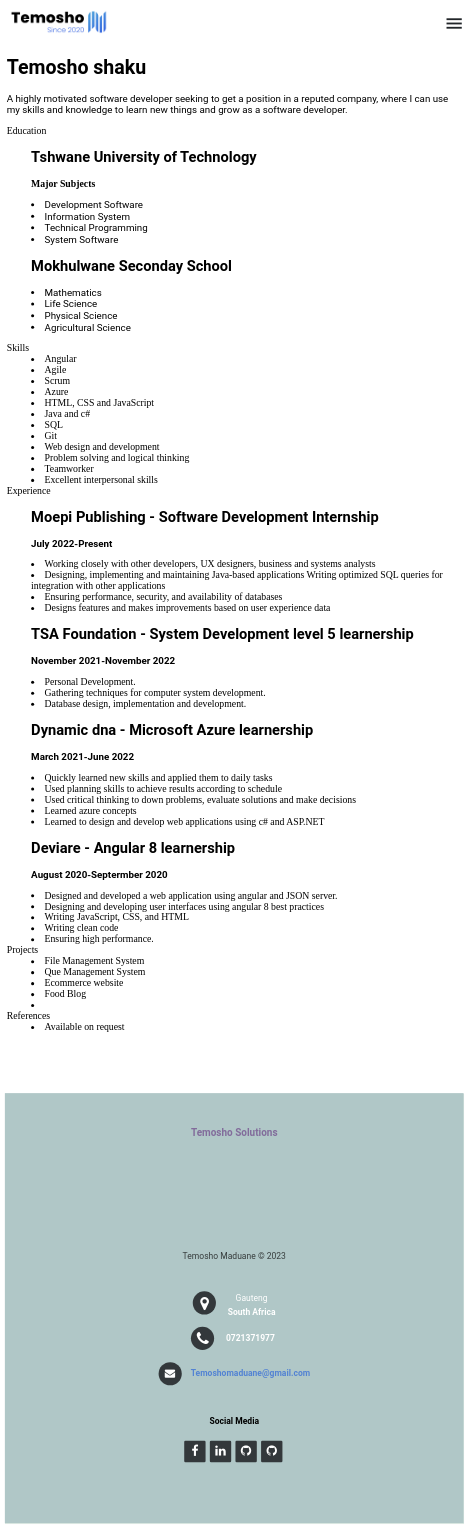
Repository: TemoshoS/T-Shaku
Page: about.html
An editor plug-in stored every save of this project. The page is shown before and after a run of saves, followed by the edit.
The browser window is 768 px wide. The pictures show the whole page, at 61% of full size.
Pictures or frames that could not be fetched are drawn as grey boxes. Some web libraries are served in a nearby version.

Above is the page before, as saved 2023-09-28 14:45:25.

### about.html
<!DOCTYPE html>
<html>
<head>
    <title>
        about me
    </title>
    <link rel="stylesheet" href="http://maxcdn.bootstrapcdn.com/font-awesome/4.2.0/css/font-awesome.min.css">
    <link href="http://fonts.googleapis.com/css?family=Cookie" rel="stylesheet" type="text/css">
	  <link rel="stylesheet" href="./css/style.css">



</head>
<body>
  <header>
    <div>
      <table style="width: 100%;">
        <tr>
          <td>
            <a href="index.html">
              <img src="./images/logo.png" style="height: 50px;" alt="No logo" />
            </a>
          </td>
          <td align="right">
            <nav>
              <!-- Mobile Menu Icon -->
              <div class="menu-icon" onclick="toggleMenu()">
                <div class="bar"></div>
                <div class="bar"></div>
                <div class="bar"></div>
              </div>
              <!-- Navigation Links (Initially Hidden) -->
              <ul class="nav-links">
                <a href="index.html" class="nav-link"><b>Home</b></a>
                <a href="about.html" class="nav-link"><b>About me</b></a>
                <a href="contact.html" class="nav-link"><b>Contact us</b></a>
              </ul>
            </nav>
          </td>
        </tr>
      </table>
    </div>
  </header>



 <main>

  <table style="width: 100%;">
    <tr>
      <td>


        <h1 id="name"><b ></b></h1>

        <p id="bio"></p>


          <div class="clear"></div>

          <dl>
              <dt id="education"></dt>
              <dd>
                  <h2 id="school"></h2>
                  <b id="major"></b>
                  <p id="modules"></p>
              </dd>


              <dd>
                  <h2 id="secondary"></h2>
                  <p id="subjects"></p>
              </dd>



              <dt id="skill"></dt>
              <dd id="skills">
              </dd>



              <dt id="experience"></dt>
              <dd id="experiences"></dd>



              <dt id="project"></dt>
              <dd id="unfinishedprojects">

              </dd>

              <dt id="reference"></dt>
              <dd id="reference1"></dd>


          </dl>



      </div>
      </td>
    </tr>
  </table>
  </main>
  <footer class="footer-distributed">
    <div class="footer-left">

        <h3><span>Temosho Solutions</span></h3>
        <p class="footer-links">
          <iframe src="https://www.google.com/maps/embed?pb=!1m18!1m12!1m3!1d57373.12731923028!2d28.183328280934226!3d-26.00669819115315!2m3!1f0!2f0!3f0!3m2!1i1024!2i768!4f13.1!3m3!1m2!1s0x1e956bed9ab01b69%3A0xc853e498933bab2e!2sTembisa%2C%201632!5e0!3m2!1sen!2sza!4v1676883111483!5m2!1sen!2sza"  width="300" height="150" style="border:0;" allowfullscreen="" loping="lazy"></iframe>


        </p>


        <p class="footer-portfolio-name">Temosho Maduane &copy; 2023</p>
    </div>

    <div class="footer-center">

        <div>
            <i class="fa fa-map-marker"></i>
            <p><span>Gauteng</span>South Africa</p>
        </div>
        <div>
            <i class="fa fa-phone"></i>
            <p>0721371977</p>
        </p>

        </div>
        <div>

            <p><a href="temoshomaduane@gmail.com"><i class="fa fa-envelope"></i>Temoshomaduane@gmail.com</a>
            </p>
        </div>
    </div>

    <div class="footer-right">
            <p >
                Social Media
            </p>

            <div class="footer-icons">
                <a href="https://m.facebook.com/temosho.shaku"><i class="fa fa-facebook"></i></a>
                <a href="https://www.linkedin.com/mwlite/in/temosho-shaku-a2598917b"><i class="fa fa-linkedin"></i></a>
                <a href="https://github.com/TemoshoS"><i class="fa fa-github"></i></a>
                <a href="https://api.whatsapp.com/send?phone=27 721371977"><i class="fa fa-github"></i></a>

            </div>

    </div>
</footer>
<script src="./javascript/about.js"></script>
</body>
</html>

### css/style.css
/*Navigation bar*/
.nav-link {
	text-decoration: none;
	display: inline-block;
	padding: 13px 13px;
	color: #212529;
	margin-right: 5px;
  }

  .nav-link:hover {
	text-decoration:none;
	border-bottom: 2px solid #84e7ee;
  }


@import url("https://fonts.googleapis.com/css2?family=Roboto:wght@100&display=swap");
h1,
h2,
h3,
h4,
h5,
h6,
p,
a,
label,
address,
input {
	font-family: "Roboto", sans-serif;
}

/* CSS for Mobile Menu Icon */
.menu-icon {
    display: none; /* Initially hidden */
    cursor: pointer;
}

.menu-icon .bar {
    width: 25px;
    height: 3px;
    background-color: #212529;
    margin: 4px 0;
}

/*button*/

.buttonmore {
	padding: 0.6em 2em;
	border: none;
	outline: none;
	color: rgb(255, 255, 255);
	cursor: pointer;
	position: relative;
	z-index: 0;
	border-radius: 10px;
	user-select: none;
	-webkit-user-select: none;
	touch-action: manipulation;
  }

  .buttonmore:before {
	content: "";
	background: linear-gradient(
	  45deg,
	  #ff0000,
	  #ff7300,
	  #fffb00,
	  #48ff00,
	  #00ffd5,
	  #002bff,
	  #7a00ff,
	  #ff00c8,
	  #ff0000
	);
	position: absolute;
	top: -2px;
	left: -2px;
	background-size: 400%;
	z-index: -1;
	filter: blur(5px);
	-webkit-filter: blur(5px);
	width: calc(100% + 4px);
	height: calc(100% + 4px);
	animation: glowing-button-85 20s linear infinite;
	transition: opacity 0.3s ease-in-out;
	border-radius: 10px;
  }

  @keyframes glowing-button-85 {
	0% {
	  background-position: 0 0;
	}
	50% {
	  background-position: 400% 0;
	}
	100% {
	  background-position: 0 0;
	}
  }

  .buttonmore:after {
	z-index: -1;
	content: "";
	position: absolute;
	width: 100%;
	height: 100%;
	background: #b0c7c7;
	left: 0;
	top: 0;
	border-radius: 10px;
  }
/*Contact form*/
.contactform {


	border-radius: 5px;
	background-color: #f2f2f2;
	padding: 20px;
	width: 400px;
	margin-left: auto;
	margin-right: auto;

}



.footer-distributed{
	background-color: #b0c7c7;
	box-shadow: 0 1px 1px 0 rgba(5, 110, 52, 0.12);
	box-sizing: border-box;
	width: 100%;
	text-align: left;
	font: bold 16px sans-serif;

	padding: 55px 50px;
	margin-top: 80px;
}

.footer-distributed .footer-left,
.footer-distributed .footer-center,
.footer-distributed .footer-right{
	display: inline-block;
	vertical-align: top;
}

.footer-distributed .footer-left{
	width: 40%;
}

.footer-distributed h3{
	color:  #ffffff;

	margin: 0;
}

.footer-distributed h3 span{
	color:  #826c9b;
}


.footer-distributed .footer-links{
	color:  #ffffff;
	margin: 20px 0 12px;
	padding: 0;
}

.footer-distributed .footer-links a{
	display:inline-block;
	line-height: 1.8;
	text-decoration: none;
	color:  inherit;
}

.footer-distributed .footer-portfolio-name{
	color:  #373d3d;
	font-size: 14px;
	font-weight: normal;
	margin: 0;
}


.footer-distributed .footer-center{
	width: 35%;
}

.footer-distributed .footer-center i{
	background-color:  #33383b;
	color: #ffffff;
	font-size: 25px;
	width: 38px;
	height: 38px;
	border-radius: 50%;
	text-align: center;
	line-height: 42px;
	margin: 10px 15px;
	vertical-align: middle;
}

.footer-distributed .footer-center i.fa-envelope{
	font-size: 17px;
	line-height: 38px;
}

.footer-distributed .footer-center p{
	display: inline-block;
	color: #ffffff;
	vertical-align: middle;
	margin:0;
}

.footer-distributed .footer-center p span{
	display:block;
	font-weight: normal;
	font-size:14px;
	line-height:2;
}

.footer-distributed .footer-center p a{
	color:  #5383d3;
	text-decoration: none;;
}

.footer-distributed .footer-right{
	width: 20%;
}

.footer-distributed .footer-portfolio-about{
	line-height: 20px;
	color:  #92999f;
	font-size: 13px;
	font-weight: normal;
	margin: 0;
}

.footer-distributed .footer-portfolio-about span{
	display: block;
	color:  #ffffff;
	font-size: 14px;
	font-weight: bold;
	margin-bottom: 20px;
}

.footer-distributed .footer-icons{
	margin-top: 25px;
}

.footer-distributed .footer-icons a{
	display: inline-block;
	width: 35px;
	height: 35px;
	cursor: pointer;
	background-color:  #33383b;
	border-radius: 2px;

	font-size: 20px;
	color: #ffffff;
	text-align: center;
	line-height: 35px;

	margin-right: 3px;
	margin-bottom: 5px;
}


@media (max-width: 880px) {

	.menu-icon {
        display: block; /* Display the icon for smaller screens */
    }

    .nav-links {
        display: none; /* Hide the navigation links for smaller screens */
    }

    /* Add additional styles for the navigation links when hidden */
    .nav-link {
        display: block;
        text-align: center;
        margin: 5px 0;
        padding: 10px;
    }

	.footer-distributed{
		font: bold 14px sans-serif;

	}

	.footer-distributed .footer-left,
	.footer-distributed .footer-center,
	.footer-distributed .footer-right{
		display: block;
		width: 100%;
		margin-bottom: 40px;
		text-align: center;
	}

	.footer-distributed .footer-center i{
		margin-left: 0;
	}


}

### javascript/about.js
document.getElementById("name").innerHTML = "Temosho shaku";

document.getElementById("bio").innerHTML = "A highly motivated software developer seeking to get a position in a reputed company, where I can use my skills and knowledge to learn new things and grow as a software developer.";

document.getElementById("education").innerHTML = "Education";

document.getElementById("school").innerHTML = "Tshwane University of Technology";
document.getElementById("major").innerHTML = "Major Subjects";
document.getElementById("modules").innerHTML = "<li>Development Software </li><li> Information System </li><li> Technical Programming </li><li> System Software";

document.getElementById("secondary").innerHTML = "Mokhulwane Seconday School";
document.getElementById("subjects").innerHTML = "<li>Mathematics</li><li>Life Science </li><li> Physical Science </li><li> Agricultural Science";


document.getElementById("skill").innerHTML = "Skills";
document.getElementById("skills").innerHTML = "<li>Angular</li> <li>Agile</li><li>Scrum</li><li>Azure</li> <li>HTML, CSS and JavaScript</li> <li>Java and c#</li> <li>SQL</li> <li>Git</li><li>Web design and development</li> <li>Problem solving and logical thinking</li> <li>Teamworker</li> <li>Excellent interpersonal skills</li>";

document.getElementById("experience").innerHTML = "Experience";
document.getElementById("experiences").innerHTML = "<h2>Moepi Publishing - Software Development Internship</h2><p><b>July 2022-Present</b></p><li>Working closely with other developers, UX designers, business and systems analysts</li><li>Designing, implementing and maintaining Java-based applications Writing optimized SQL queries for integration with other applications</li><li>Ensuring performance, security, and availability of databases</li><li>Designs features and makes improvements based on user experience data</li><h2>TSA Foundation - System Development level 5 learnership</h2><p><b>November 2021-November 2022</b></p><li>Personal Development.</li><li>Gathering techniques for computer system development.</li><li>Database design, implementation and development.</li><h2>Dynamic dna - Microsoft Azure learnership</h2><p><b>March 2021-June 2022</b></p><li>Quickly learned new skills and applied them to daily tasks</li><li>Used planning skills to achieve results according to schedule</li><li>Used critical thinking to down problems, evaluate solutions and make decisions</li><li>Learned azure concepts</li><li>Learned to design and develop web applications using c# and ASP.NET</li><h2>Deviare - Angular 8 learnership</h2><p><b>August 2020-Septermber 2020</b></p><li>Designed and developed a web application using angular and JSON server.</li><li>Designing and developing user interfaces using angular 8 best practices</li><li>Writing JavaScript, CSS, and HTML</li><li>Writing clean code</li><li>Ensuring high performance.</li>";


document.getElementById("project").innerHTML = "Projects";



document.getElementById("unfinishedprojects").innerHTML = "<li> File Management System</li><li> Que Management System </><li> Ecommerce website</li><li> Food Blog</li><li> </li>";


document.getElementById("reference").innerHTML = "References";
document.getElementById("reference1").innerHTML = "<li>Available on request</li>";

function toggleMenu() {
    var navLinks = document.querySelector('.nav-links');
    navLinks.style.display = navLinks.style.display === 'block' ? 'none' : 'block';
}

After the next 2 saves:
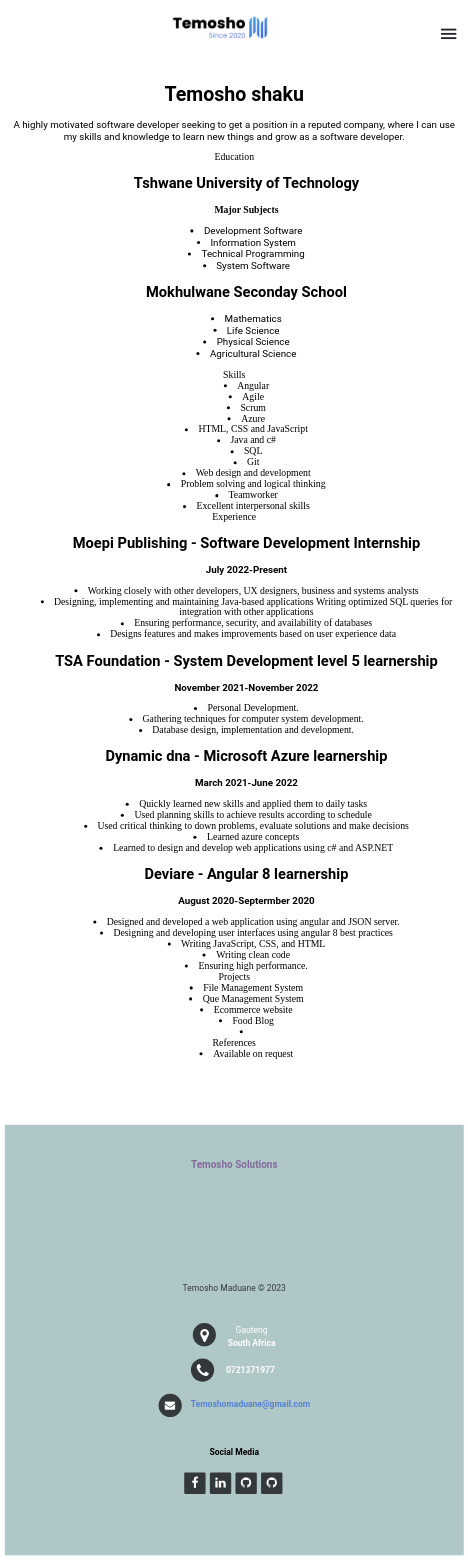
The 2 saves are shown as one change because they came seconds apart.
The last was saved 4 min 21 s later.
--- a/css/style.css
+++ b/css/style.css
@@ -260,6 +260,51 @@
 	margin-bottom: 5px;
 }
 
+/* Add this CSS code to your existing stylesheet or in a separate CSS file */
+@media (max-width: 880px) {
+	table {
+	  display: block; /* Change the table layout to block for smaller screens */
+	}
+
+	table td {
+	  width: 100%;
+	  box-sizing: border-box;
+	  padding: 10px; /* Add padding to the table cells for spacing */
+	  text-align: center; /* Center-align content */
+	}
+
+	table td:first-child {
+	  text-align: center; /* Center-align the first cell containing the image */
+	}
+
+	table td:last-child {
+	  padding-top: 30px; /* Add padding to the last cell containing text */
+	}
+
+	img {
+	  display: block; /* Center-align the image */
+	  margin: 0 auto; /* Center the image horizontally */
+	}
+
+	/* Hide the navigation links and show the menu icon */
+	.nav-links {
+	  display: none;
+	}
+
+	.menu-icon {
+	  display: block;
+	}
+
+	/* Style the navigation links when displayed */
+	.nav-link {
+	  display: block;
+	  padding: 10px;
+	  margin: 5px 0;
+	  text-align: center;
+	}
+  }
+
+
 
 @media (max-width: 880px) {
 

After the 2 saves that followed:
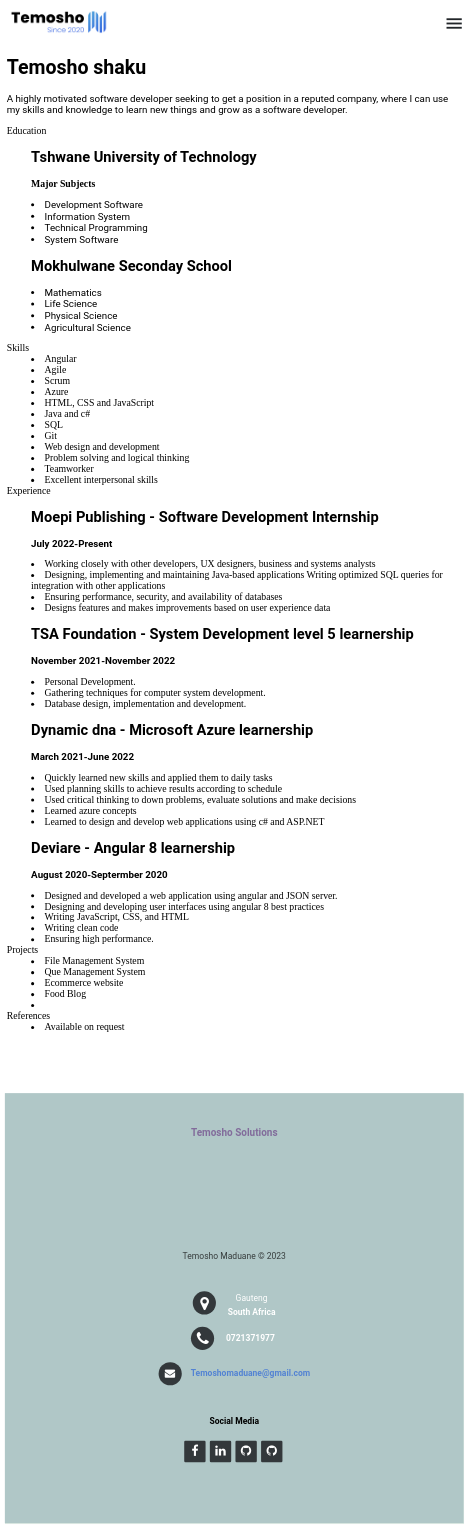
The 2 saves are shown as one change because 1 left the picture as it was.
The last was saved 30 s later.
--- a/css/style.css
+++ b/css/style.css
@@ -260,49 +260,6 @@
 	margin-bottom: 5px;
 }
 
-/* Add this CSS code to your existing stylesheet or in a separate CSS file */
-@media (max-width: 880px) {
-	table {
-	  display: block; /* Change the table layout to block for smaller screens */
-	}
-
-	table td {
-	  width: 100%;
-	  box-sizing: border-box;
-	  padding: 10px; /* Add padding to the table cells for spacing */
-	  text-align: center; /* Center-align content */
-	}
-
-	table td:first-child {
-	  text-align: center; /* Center-align the first cell containing the image */
-	}
-
-	table td:last-child {
-	  padding-top: 30px; /* Add padding to the last cell containing text */
-	}
-
-	img {
-	  display: block; /* Center-align the image */
-	  margin: 0 auto; /* Center the image horizontally */
-	}
-
-	/* Hide the navigation links and show the menu icon */
-	.nav-links {
-	  display: none;
-	}
-
-	.menu-icon {
-	  display: block;
-	}
-
-	/* Style the navigation links when displayed */
-	.nav-link {
-	  display: block;
-	  padding: 10px;
-	  margin: 5px 0;
-	  text-align: center;
-	}
-  }
 
 
 
